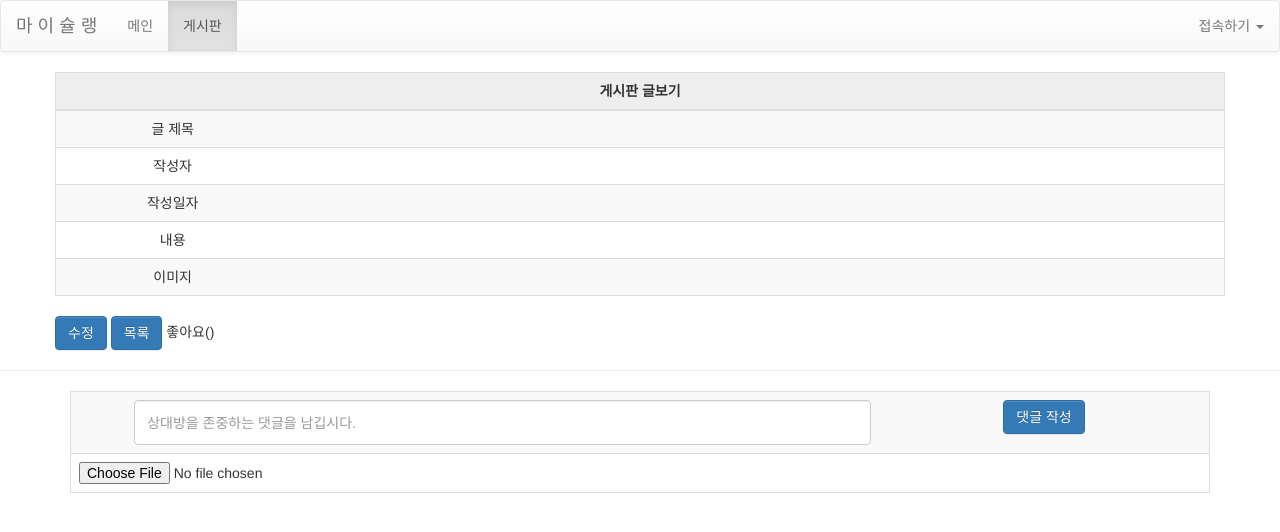
Repository: serendipity63/mychelin
Page: http://localhost/board/WEB-INF/views/detailform.jsp
The author's editor kept a copy of each file at every save. The page is drawn from the files as they stood at one save, then again after the next save.
The browser window is 1280 px wide. The pictures show the whole page.
Some web libraries are served in a nearby version. The page is served by Tomcat 9. Nobody is signed in. The template is opened directly, without the code that normally fills it, so the values that code supplies are empty.

Above is the page before, as saved 2024-01-11 13:51:37.
Console error (its wording comes from the project's code and is left out).

After the next save:
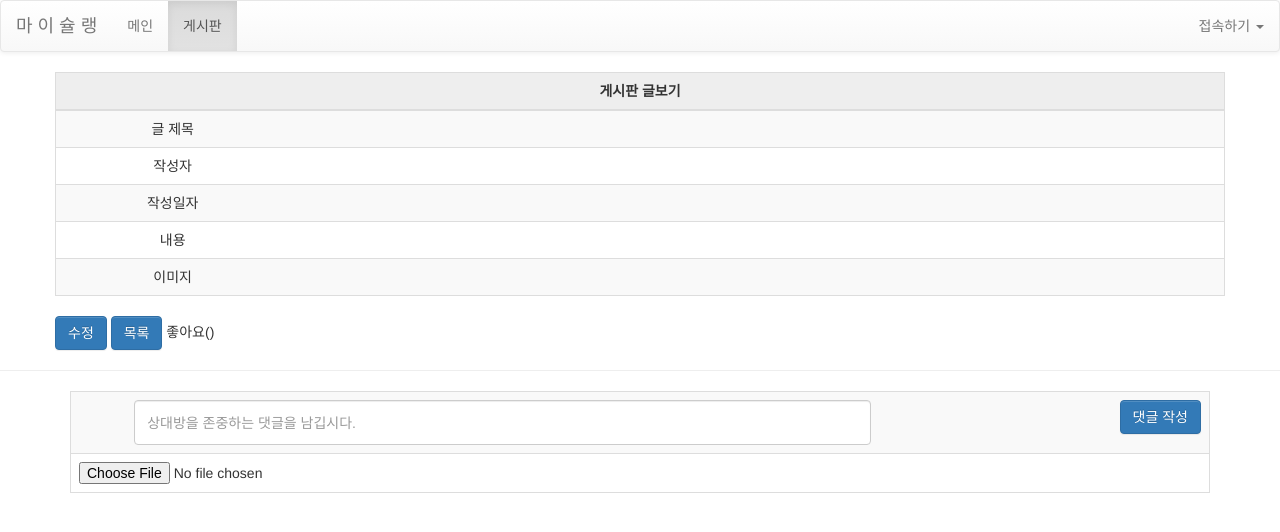
Saved 38 s later.
--- a/board/src/main/webapp/WEB-INF/views/detailform.jsp
+++ b/board/src/main/webapp/WEB-INF/views/detailform.jsp
@@ -200,7 +200,7 @@
 				<tr>
 					<td style="border-bottom:none;"><br/>${user.id}</td>
 					<td><input type="text" style="height:4.5rem;" class="form-control" placeholder="상대방을 존중하는 댓글을 남깁시다." name = "commentText"></td>
-					<td><input type="submit" class="btn btn-primary" value="댓글 작성"></td>
+					<td><input type="submit" class="btn btn-primary pull-right" value="댓글 작성"></td>
 				</tr>
 				<tr>
 					<td colspan="3"><input name="file" type="file" id="file" accept="image/*"/> </td>

After the save that followed:
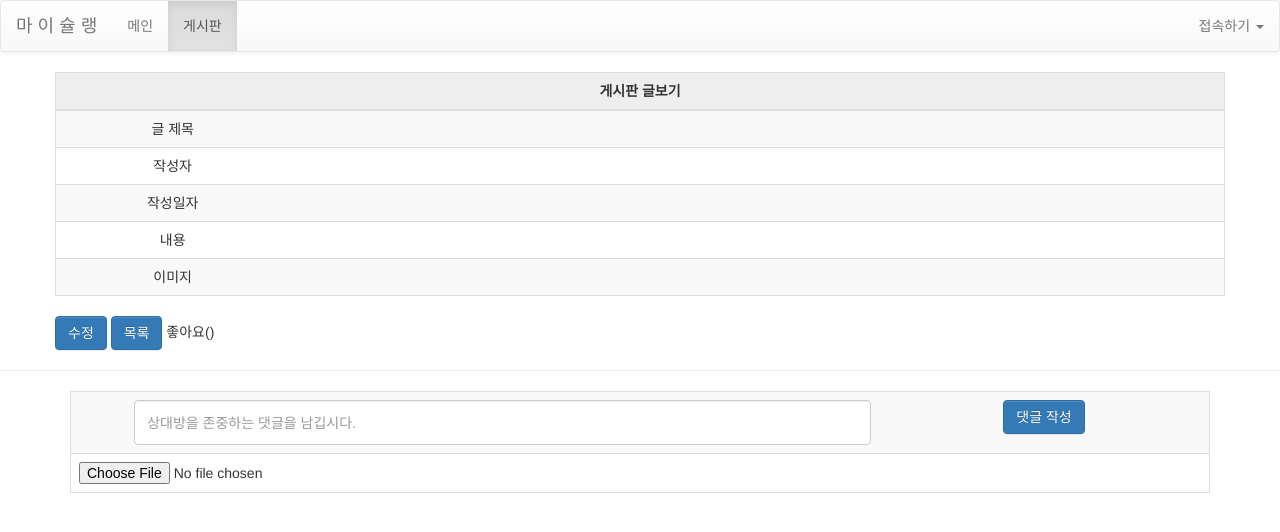
Saved 9 s later.
--- a/board/src/main/webapp/WEB-INF/views/detailform.jsp
+++ b/board/src/main/webapp/WEB-INF/views/detailform.jsp
@@ -200,7 +200,7 @@
 				<tr>
 					<td style="border-bottom:none;"><br/>${user.id}</td>
 					<td><input type="text" style="height:4.5rem;" class="form-control" placeholder="상대방을 존중하는 댓글을 남깁시다." name = "commentText"></td>
-					<td><input type="submit" class="btn btn-primary pull-right" value="댓글 작성"></td>
+					<td><input type="submit" class="btn btn-primary pull" value="댓글 작성"></td>
 				</tr>
 				<tr>
 					<td colspan="3"><input name="file" type="file" id="file" accept="image/*"/> </td>
